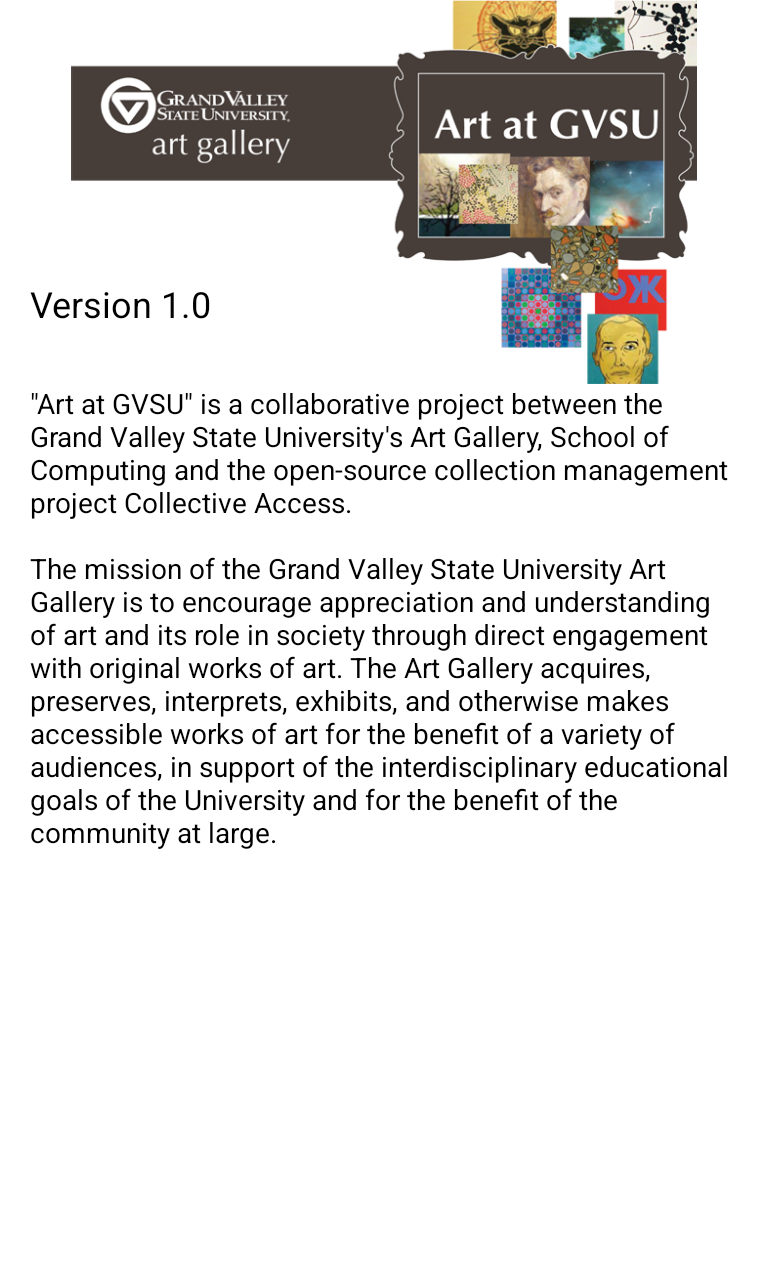
Repository: markminuth/Art-at-GVSU-Android-edition
Layout: version1.1/res/layout/about.xml
These files come from the project's save history. The layout is drawn as it stood at one moment and after the next save; the edit follows.
It is drawn on a 768 x 1280 px phone screen (xhdpi) without system bars, with theme android:Theme.NoTitleBar; the app's code is not run.

Above is the layout before, as saved 2012-04-15 20:51:35.

### version1.1/res/layout/about.xml
<?xml version="1.0" encoding="utf-8"?>
<LinearLayout xmlns:android="http://schemas.android.com/apk/res/android"
    android:layout_width="match_parent"
    android:layout_height="match_parent"
    android:orientation="vertical"
    android:background="#FFFFFF">

    <RelativeLayout
        android:id="@+id/aboutScreen"
        android:layout_width="match_parent"
        android:layout_height="match_parent"
        android:background="#FFFFFF" >

        <ImageView
            android:id="@+id/imageView1"
            android:layout_width="wrap_content"
            android:layout_height="192dp"
            android:layout_alignParentLeft="true"
            android:layout_alignParentTop="true"
            android:src="@drawable/header_home" />

        <ScrollView
            android:id="@+id/scrollView1"
            android:layout_width="180dp"
            android:layout_height="400dp"
            android:layout_alignParentBottom="true"
            android:layout_alignParentLeft="true"
            android:layout_alignParentRight="true"
            android:layout_below="@+id/imageView1"
            android:layout_marginBottom="15dp"
            android:layout_marginLeft="15dp"
            android:layout_marginRight="15dp" >

            <LinearLayout
                android:id="@+id/linearLayout1"
                android:layout_width="match_parent"
                android:layout_height="match_parent" >

                <TextView
                    android:id="@+id/textView2"
                    android:layout_width="wrap_content"
                    android:layout_height="wrap_content"
                    android:text="@string/aboutDetails"
                    android:textAppearance="?android:attr/textAppearanceSmall"
                    android:textColor="#000000" />
            </LinearLayout>
        </ScrollView>

        <TextView
            android:id="@+id/textView3"
            android:layout_width="wrap_content"
            android:layout_height="wrap_content"
            android:layout_alignBottom="@+id/imageView1"
            android:layout_alignLeft="@+id/scrollView1"
            android:layout_marginBottom="28dp"
            android:text="Version 1.0"
            android:textAppearance="?android:attr/textAppearanceMedium"
            android:textColor="#000000" />
    </RelativeLayout>

</LinearLayout>

### version1.1/res/values/strings.xml
<?xml version="1.0" encoding="utf-8"?>
<resources>

    <string name="hello">Hello World, MenuLayoutActivity!</string>
    <string name="app_name">Version1.0</string>
    <string name="titleText">Art at GVSU</string>
    <string name="aboutDetails">\"Art at GVSU\" is a collaborative project between the Grand Valley State University\'s Art Gallery, School
        of Computing and the open-source collection management project Collective Access.\n \nThe mission of the Grand Valley State University Art Gallery is to encourage appreciation and
        understanding of art and its role in society through direct engagement with original works of art. The Art Gallery acquires, preserves, interprets, exhibits, and otherwise makes accessible
        works of art for the benefit of a variety of audiences, in support of the interdisciplinary educational goals of the University and for the benefit of the community at large.</string>

</resources>

After the next save:
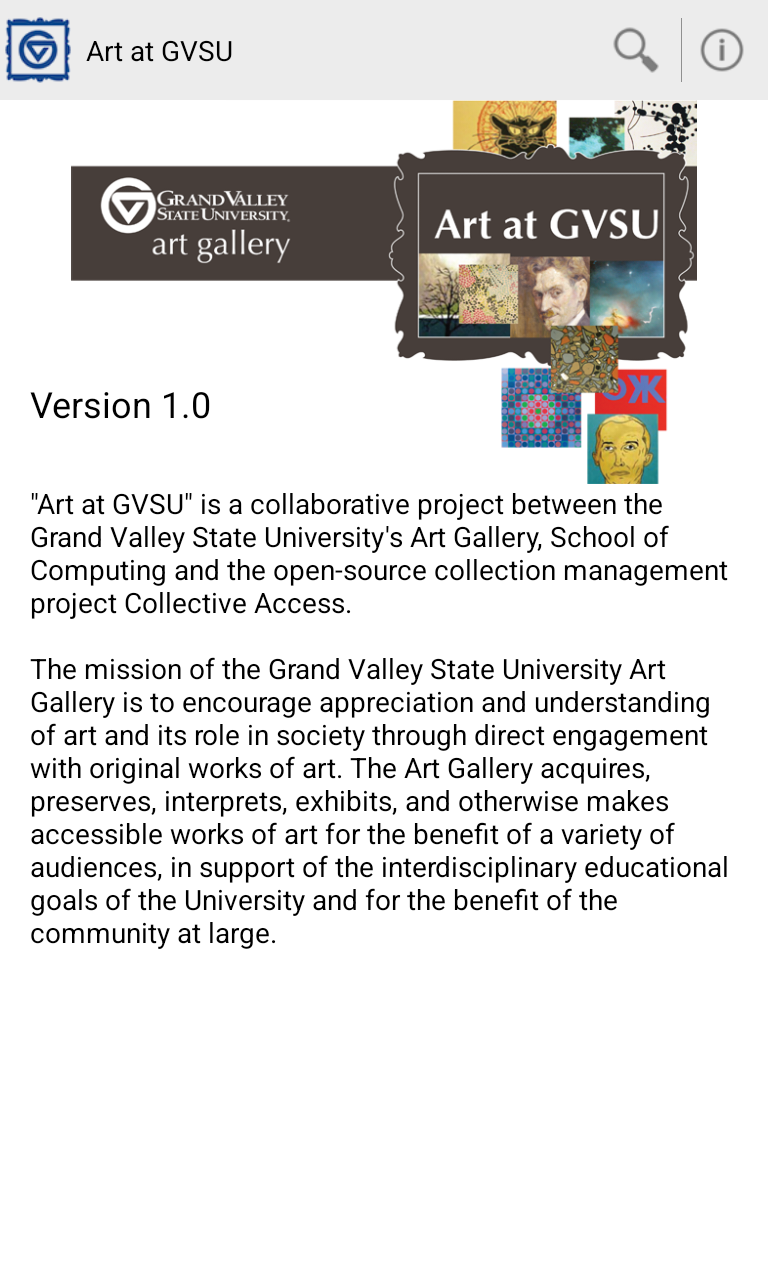
Saved 13 s later.
--- a/version1.1/res/layout/about.xml
+++ b/version1.1/res/layout/about.xml
@@ -4,7 +4,61 @@
     android:layout_height="match_parent"
     android:orientation="vertical"
     android:background="#FFFFFF">
+<RelativeLayout
+                android:id="@+id/relativeLayout1"
+                android:layout_width="match_parent"
+                android:layout_height="50dp"
+                android:background="#ECECEC" >
 
+                <ImageButton
+                    android:id="@+id/aboutIcon"
+                    android:layout_width="wrap_content"
+                    android:layout_height="wrap_content"
+                    android:layout_alignParentRight="true"
+                    android:layout_centerVertical="true"
+                    android:layout_marginRight="7dp"
+                    android:background="#ECECEC"
+                    android:src="@drawable/about_icon" />
+
+                <ImageButton
+                    android:id="@+id/searchIcon"
+                    android:layout_width="wrap_content"
+                    android:layout_height="wrap_content"
+                    android:layout_alignParentRight="true"
+                    android:layout_centerVertical="true"
+                    android:layout_marginRight="50dp"
+                    android:background="#ECECEC"
+                    android:src="@drawable/search" />
+
+                <ImageView
+                    android:id="@+id/imageView2"
+                    android:layout_width="wrap_content"
+                    android:layout_height="wrap_content"
+                    android:layout_centerVertical="true"
+                    android:src="@drawable/app_icon_transparent" />
+
+                <ImageView
+                    android:id="@+id/dividerimg"
+                    android:layout_width="wrap_content"
+                    android:layout_height="32dp"
+                    android:layout_alignParentRight="true"
+                    android:layout_marginRight="43dp"
+                    android:layout_centerVertical="true"
+                    android:src="@drawable/divider" />
+
+                <TextView
+                    android:id="@+id/textView1"
+                    android:layout_width="wrap_content"
+                    android:layout_height="wrap_content"
+                    android:layout_centerVertical="true"
+                    android:layout_marginLeft="5dp"
+                    android:layout_toRightOf="@+id/imageView2"
+                    android:text="@string/titleText"
+                    android:textAppearance="?android:attr/textAppearanceMedium"
+                    android:textColor="#000000"
+                    android:textSize="14dp" />
+
+            </RelativeLayout>
     <RelativeLayout
         android:id="@+id/aboutScreen"
         android:layout_width="match_parent"
